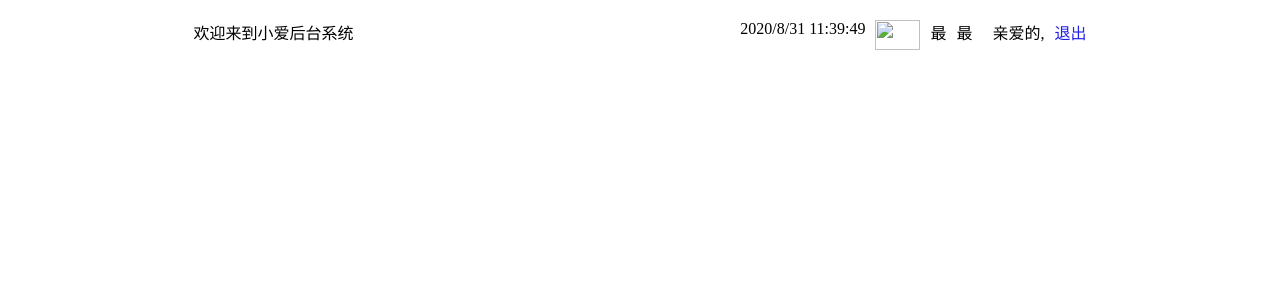
Repository: wujingwenwu/system
Page: /
These files come from the project's save history. The page is drawn as it stood at one moment and after the next save; the edit follows.
The browser window is 1280 px wide. The pictures show the whole page.
The page's requests for data from a server got no answer. The project was rebuilt for these pictures with package versions that can differ from the ones it lists, and the page was loaded fresh each time. No one was signed in, and anything a server would have sent is missing. Also part of the build but not shown: vue.config.js.

Above is the page before, as saved 2020-08-31 13:18:49.

### public/index.html
<!DOCTYPE html>
<html lang="en">
  <head>
    <meta charset="utf-8">
    <meta http-equiv="X-UA-Compatible" content="IE=edge">
    <meta name="viewport" content="width=device-width,initial-scale=1.0">
    <link rel="icon" href="<%= BASE_URL %>favicon.ico">
    <title><%= htmlWebpackPlugin.options.title %></title>
  </head>
  <body>
    <noscript>
      <strong>We're sorry but <%= htmlWebpackPlugin.options.title %> doesn't work properly without JavaScript enabled. Please enable it to continue.</strong>
    </noscript>
    <div id="app"></div>
    <!-- built files will be auto injected -->
    <!--[if lte IE 9]>
    <div style='position:absolute; top: 50%; left:50%; margin-top: -50px;margin-left: -400px; align-items: center;justify-content: center;'>
      <div style='width: 800px; height: 100px;text-align: center'>
        <h1>
        您的浏览器版本过低 请下载最新的谷歌浏览器
      </h1>
      <div style='text-align: center;width: 800px'>
        <a href='https://www.chromestatus.com/feature/5636954674692096'>下载谷歌浏览器点此链接</a>
      </div>
      </div>
    </div>
  <![endif]-->
  </body>
</html>

### src/main.js
import Vue from "vue";
import App from "./App.vue";
import router from "./router";
import store from "./store";
import './bus'
import axios from 'axios';
import ElementUI from 'element-ui'
import 'element-ui/lib/theme-chalk/index.css'
Vue.config.productionTip = false;
Vue.prototype.$axios = axios;
Vue.use(ElementUI)
new Vue({
  router,
  store,
  render: h => h(App)
}).$mount("#app");

### src/App.vue
<template>
  <div id="app">
    <router-view />
  </div>
</template>

<style lang="scss">
@import "../src/style/demo";
* {
  margin: 0;
  padding: 0;
}
</style>

### src/router/index.js
import Vue from "vue";
import VueRouter from "vue-router";
import Home from "../views/Home.vue";
import Public from '../views/publics/Public'
Vue.use(VueRouter);

const routes = [
  {
    path: '/home',
    redirect: '/'
  },
  {
    path: "/about",
    name: "About",
    // route level code-splitting
    // this generates a separate chunk (about.[hash].js) for this route
    // which is lazy-loaded when the route is visited.
    component: () =>
      import(/* webpackChunkName: "about" */ "../views/About.vue")
  },
  {
    path: "/login",
    name: "Login",
    component: () =>
      import("../views/login/Login"),

  },
  {
    path: "/",
    name: "Public",
    component: Public,
      mate:{
          path: "",
          name: "Home",
          component: Home

      }
  },

];

const router = new VueRouter({
  mode: "history",
  base: process.env.BASE_URL,
  routes
});

export default router;

### src/store/index.js
import Vue from "vue";
import Vuex from "vuex";
import login from './login/login';
import publics from './publics/publics'
Vue.use(Vuex);

export default new Vuex.Store({
  state: {},
  mutations: {},
  actions: {},
  modules: {
    login,
    publics
  }
});

### src/bus/index.js
import Vue from 'vue'
const bus = new Vue()
Vue.prototype.$bus = bus

### src/style/demo.scss
.d-f{
    display: flex;
    /* 弹性盒模型 */
}
.f-s-12{
    font-size: 12px;
    /* 字体大小为12px */
}
.f-s-14{
    font-size: 14px;
    /* 字体大小为14px */
}
.f-s-16{
    font-size: 16px;
    /* 字体大小为16px */
}
.f-w{
    font-weight: 700;
    /*字体 加粗 */
}
.f-c-ho{
    color: #f00;
    /* 红色 */
}
.f-c-hu{
    color: #ccc;
    /* 灰色 */
}
.f-c-b{
    color: #ffffff;
    /* 白色 */
}
.f-c-he{
    color: #000;
    /* 黑色 */
}
.t-a-l{
    text-align: left;
    /* 文本左对齐 */
}
.t-a-c{
    text-align: center;
    /* 文本居中 */
}
.t-a-r{
    text-align: right;
    /* 文本右对齐 */
}
.t-d-u{
    text-decoration: underline;
    /* 装饰在文本底部 */
}
.t-d-o{
    text-decoration: overline;
    /* 装饰在顶部 */
}
.t-d-l-t{
    text-decoration: line-through;
    /* 装饰在文本中间 */
}
.d-i{
    display: inline;
    /* 块级元素装换成行内元素 */
}
.d-i-b{
    display: inline-block;
    /* 块级元素装换成行内块元素 */
}
.d-b{
    display: block;
    /* 行内和行内块元素装换成块级元素 */
}
.d-n{
    display: none;
    /* 隐藏元素 */
}
.p-r{
    position: relative;
    /* 相对定位 */
}
.p-a{
    position: absolute;
    /* 绝对定位 */
}
.p-f{
    position: fixed;
    /* 固定定位 */
}
.b-r-50{
    border-radius: 50%;
    /* 圆角为50% */
}
.j-c-s-a{
    justify-content: space-around;
   /* 两边的子元素距离父元素的两边有间距，然后中间距离自动等分 */
}
.j-c-s-b{
    justify-content: space-between;
    /* 两边的子元素距离父元素没有间距，然后中间距离自动等分 */

}
.j-c-c{
    justify-content: center;
     /* 所有的子元素相当于父元素水平居中 */
}
.a-i-c{
    align-items: center;
    /* （竖轴排列方式）子元素相当于父元素垂直方向居中 */
}
.f-d-c{
    flex-direction: column;
    /* 弹性盒模型的竖项排列方式 */
}
*{
  margin: 0;
  padding: 0;
  /* 清除游览器的痕迹 */
}
.conter{
    display: flex;
    justify-content: center;
    /* 弹性盒模型，所有的文本在页面的中间 */
}
.warp{
   width: 1280px;
   /* 宽度为1280px，基本上不会超过1400px */
}
.o-h{
    overflow: hidden;
    /* 超出部分隐藏 */
}
.w-o-t{
    white-space: nowrap;
    overflow: hidden;
    text-overflow: ellipsis;
    /* 超出部分隐藏（只限字体） */
}
.d-n{
    display: none;
    /* 不占位置 */
}
.v-h{
    visibility: hidden;
    /* 占位置 */
}
.f-w-w{
    flex-wrap: wrap;
    /* 换行 */
}
.w-s-n{
    white-space: nowrap;
    /* 内容不换行 */
}
.m-t-20{
    margin-top: 20px;
    /* 向下20 */
}
.m-l-20{
    margin-left: 20px;

}
.m-t-10{
    margin-top: 10px;
}
.m-l-10{
    margin-left: 10px;
}
.b-c-hong{
    background-color: red;
}
.b-c-hei{
    background-color: black;
}
.b-c-bai{
    background-color: #ffffff;
}
.b-c-hui{
    background-color: #ccc;
}
.b-1-s-hong{
    border: 1px solid red;
}
.b-1-d-hong{
    border: 1px dashed red;
}
.b-1-s-bai{
    border: 1px solid #ffffff;
}
.b-1-d-bai{
    border: 1px dashed #ffffff;
}
.b-1-s-hei{
    border: 1px solid black;
}
.b-1-d-hei{
    border: 1px dashed black;
}
.b-1-s-hui{
    border: 1px solid #ccc;
}
.b-1-d-hui{
    border: 1px dashed #ccc;
}
.b-l-n{
    border-left: none;
    /* 左边框隐藏 */
}
.b-t-n{
    border-top: none;
}
.b-r-n{
    border-right: none;
}
.b-b-n{
    border-bottom: none;
}
.m-t-15{
    margin-top: 15px;
}
.m-t-30{
    margin-top: 30px;
}
.m-t-5{
    margin-top: 5px;
}
.b-none{
    border: none;
}
.f-s-18{
    font-size: 18px;
}
.m-l--10{
    margin-left: -10px;
}
.m-l-40{
    margin-left: 40px;
}
.m-t-40{
    margin-top: 40px;
}
.o-n{
    outline: none;
    /* 隐藏边框 */
}

### src/views/publics/Public.vue
<template>
  <div class="d-f publics j-c-s-a m-t-20">
    <div>欢迎来到小爱后台系统</div>
    <div class="d-f">
    <div>  {{ nowDate + ' ' + nowTime + ' ' }}</div>
     <div class="d-f m-l-10">

    <img :src="img" alt="" class="img">
    <div class="m-l-10">{{weather.type}}</div>
    <div>最{{weather.high}}</div>
    <div class="m-l-10">最{{weather.low}}</div>
    <div class="m-l-20">亲爱的,{{user}}</div>
    <div class="m-l-10 color">退出</div>
    </div>
    </div>

    <router-view></router-view>
  </div>
</template>

<script>
import { createNamespacedHelpers } from 'vuex'
const userModule = createNamespacedHelpers('publics')
const { mapState: userState, mapActions: userActions } = userModule
export default {
  name: "",
  props: {},
  data() {
    return {
      nowDate: "", // 当前日期
      nowTime: "", // 当前时间
      hous:'',
      weather:'',
      img:'',
      user:''
    };
  },
  components: {},
  methods: {
       ...userActions(['getMenus']),
      //获取当前时间
    currentTime() {
            setInterval(this.getDate, 500);
        },
        getDate: function() {
            var _this = this;
            let yy = new Date().getFullYear();
            let mm = new Date().getMonth() + 1;
            let dd = new Date().getDate();
            let hh = new Date().getHours();
            this.hous=new Date().getHours()
            let mf =
                new Date().getMinutes() < 10
                    ? "0" + new Date().getMinutes()
                    : new Date().getMinutes();
               let my =
                new Date().getSeconds() < 10
                    ? "0" + new Date().getSeconds()
                    : new Date().getSeconds();
            _this.nowTime = hh + ":" + mf +":"+ my;
            _this.nowDate = yy + "/" + mm + "/" + dd;
        },

  },
  mounted() {
       this.getMenus()

      this.currentTime();
      //获取天气
     this.$axios
      .get("http://wthrcdn.etouch.cn/weather_mini?city=成都")
      .then((res) =>{
        // console.log(res.data.data);
        this.weather=res.data.data.forecast[0]//获取到当天的天气
        // console.log(this.weather);
        if(this.weather.type=='多云'){
            this.img=require("../../image/90XB9(C7P}7EJ59[7O99%K5.png")
        }if(this.weather.type=='晴天'){
          this.img=require("../../image/{}BC(0D8R~BDMVK70GMGXYT.png")
        }

      })
      .catch((err) =>{
        console.log(err);
      });
    this.user=localStorage.getItem('user')
  },
   // 销毁定时器
    beforeDestroy: function() {
        if (this.getDate) {
            console.log("销毁定时器")
            clearInterval(this.getDate); // 在Vue实例销毁前，清除时间定时器
        }
    },
  watch: {},
  computed: {
      ...userState(['menus'])
  }
};
</script>

<style scoped lang='scss'>
.img{
    width: 45px;
    height: 30px;
}
.color{
    color: rgb(31, 31, 231);
}
</style>

### src/store/login/login.js
import api from '../../components/http/api';
import router from '../../router';
import {Message} from 'element-ui';

export default {
  // 开启命名空间 这个文件就是单独的一个vuex的模块
  namespaced: true,
  state: {
    menus: []
  },
  mutations: {
    setMenus(state, data) {
      state.menus = data
    }
  },
  actions: {
    // 所有的请求都写在actions里面
    // action里面的方法可以传两个参数 第一个参数是整个store(vuex对象) 第二个参数是请求的参数

    async login( {commit},{username, password}) {
      console.log(commit);
      let res = await api.login({
        username,
        password
      })
      if (res.meta.status === 200) {
        // 存储信息
        localStorage.setItem('adminToken', res.data.token)
        localStorage.setItem('adminUser', JSON.stringify(res.data))
        localStorage.setItem('user',username)
        // 跳转路由
        router.push('/publics')
        // 提示用户
        Message.success('登录成功')
      } else {
        Message.error(res.meta.msg)
      }
    }
    // getMenus() {
    //   api.getMenus().then().catch()
    // }
  },
}

### src/store/publics/publics.js
import api from '../../components/http/api';
// import router from '../../router';
// import {Message} from 'element-ui';

export default {
  // 开启命名空间 这个文件就是单独的一个vuex的模块
  namespaced: true,
  state: {
    menus: []
  },
  mutations: {
    setMenus(state, data) {
      state.menus = data
    }
  },
  actions: {
    async getMenus({commit}) {
        let res = await api.getMenus()
        if (res.meta.status === 200) {
          // 提交mutation
          commit('setMenus', res.data)
          console.log(res.data);

        }
      },

  }}

### src/components/http/api.js
import service from './index'

export default {
  login({username, password}) {
    return service.post('/login', {
      username,
      password
    })
  },
  getMenus() {
    return service.get('menus')
  }
}

### src/components/http/index.js
import axios from 'axios'
import nprogress from 'nprogress'
import {Message} from 'element-ui'

// 运行环境: 本地环境:devlpment 和线上(生产)环境: production
const isPro = process.env.NODE_ENV === 'production'

// 创建一个axios的实例
const service = axios.create({
  // 基础路径: 需要根据当前的运行环境来判断
  baseURL: isPro ? '线上的接口路径' : '/api',
  // 超时时间
  timeout: 100000
})


// 请求拦截: 每一次发请求都会做的事情
service.interceptors.request.use((config) => {
  nprogress.start()
  // 前后端鉴权
  // jwt: JSON WEB TOKEN
  // 登录成功之后 后端会返回一个令牌
  let token = localStorage.getItem('adminToken')
  if (token) {
    // 需要在请求头当中添加token
    config.headers['Authorization'] = token
  }
  return config
}, err => {
  nprogress.done()
  return Promise.reject(err)
})


// 响应拦截: 每一次接口返回数据的时候都会做的事情
service.interceptors.response.use((res) => {
  nprogress.done()
  return res.data
}, err => {
  if (err.response && err.response.status) {
    // 错误请求的状态码
    let status = err.response.status
    if (status === 400) {
      Message.error('参数错误')
    }
    if (status === 401) {
      Message.error('登录过期,请重新登录')
    }
    if (status === 403) {
      Message.error('没有权限')
    }
    if (status === 404) {
      Message.error('接口路径错误')
    }
    if (status === 500) {
      Message.error('服务器出错')
    }
    if (status === 503) {
      Message.error('服务器在维护')
    }
  }
  return Promise.reject(err)
})


export default service

### src/views/Home.vue
<template>
 <div>
  1111
 </div>
</template>

<script>
 export default {
   name:'',
   props:{

    },
   data () {
     return {

   }
   },
   components: {

   },
   methods: {

   },
   mounted() {

   },
   watch: {

   },
   computed: {

   }
 }
</script>

<style scoped lang='scss'>

</style>

After the next save:
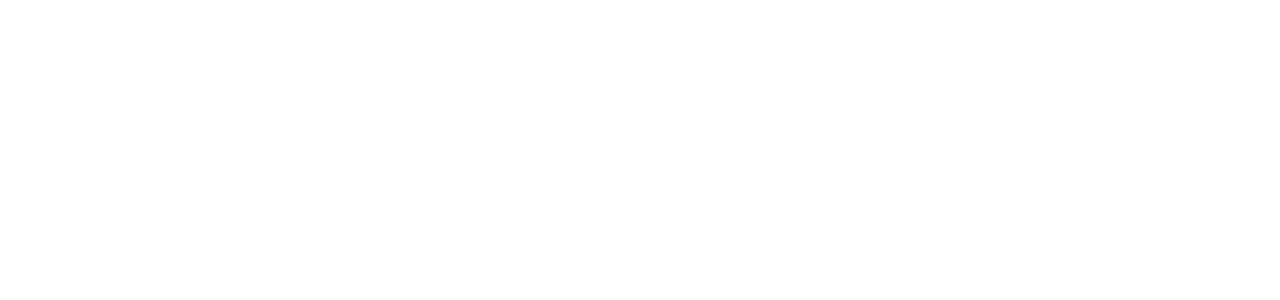
Console error (its wording comes from the project's code and is left out).
Saved 3 min 25 s later.
--- a/src/router/index.js
+++ b/src/router/index.js
@@ -29,7 +29,7 @@
     path: "/",
     name: "Public",
     component: Public,
-      mate:{
+      children:{
           path: "",
           name: "Home",
           component: Home

After the save that followed:
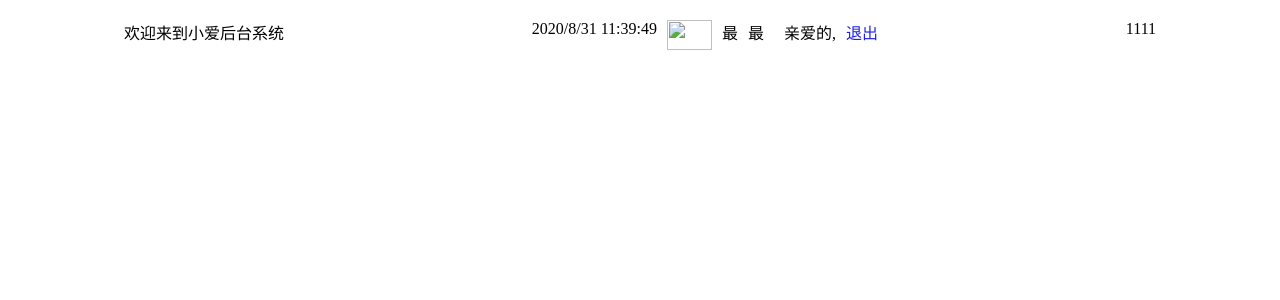
The error is gone.
Saved 30 s later.
--- a/src/router/index.js
+++ b/src/router/index.js
@@ -29,12 +29,14 @@
     path: "/",
     name: "Public",
     component: Public,
-      children:{
+      children:[
+        {
           path: "",
           name: "Home",
           component: Home
 
       }
+      ]
   },
 
 ];
